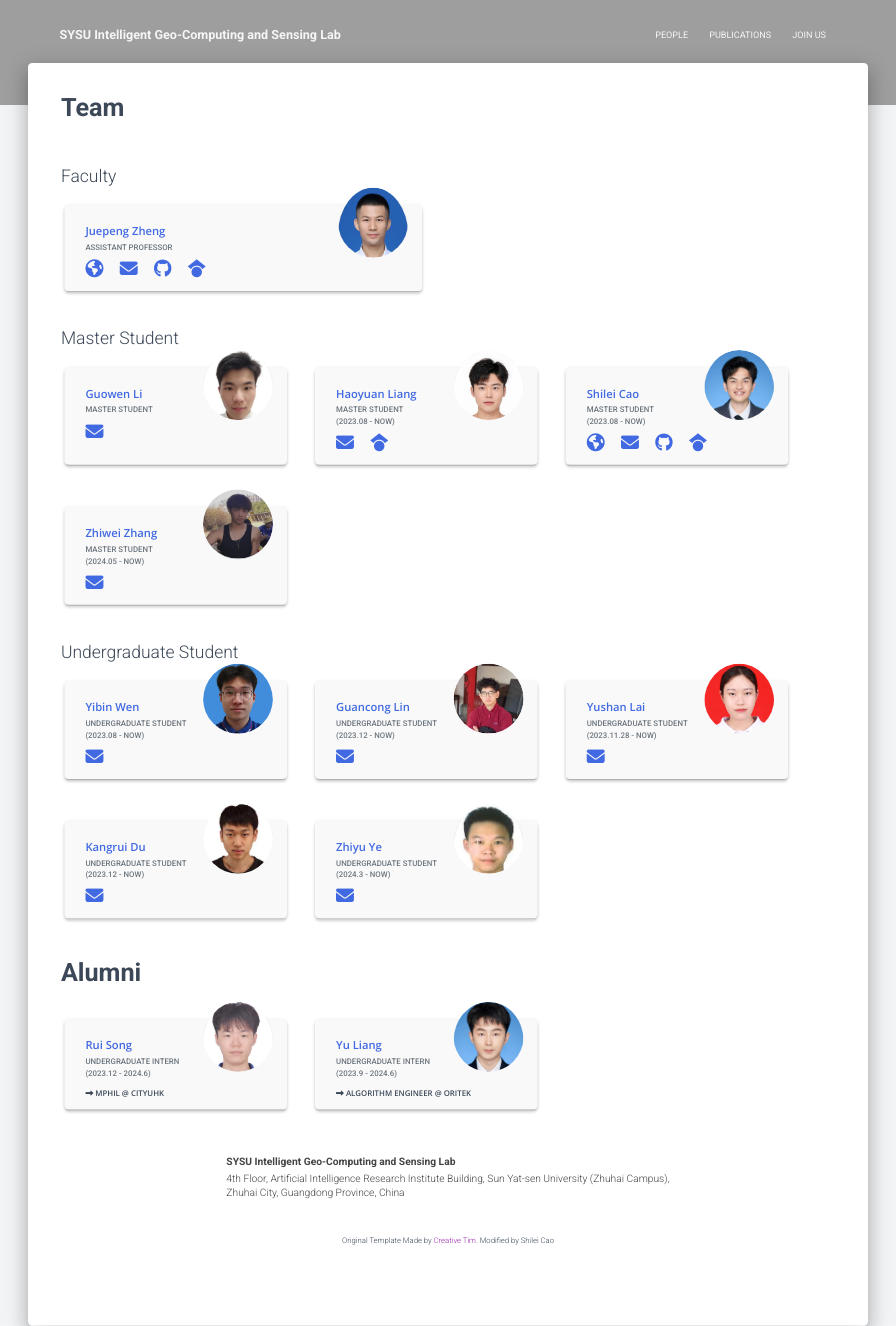
Repository: rssysu/rssysu.github.io
Page: people.html
The author's editor kept a copy of each file at every save. The page is drawn from the files as they stood at one save, then again after the next save.
The browser window is 1280 px wide. The pictures show the whole page, at 70% of full size.
Pictures or frames that could not be fetched are drawn as grey boxes. Some web libraries are served in a nearby version.

Above is the page before, as saved 2025-03-18 20:59:22.

After the next save:
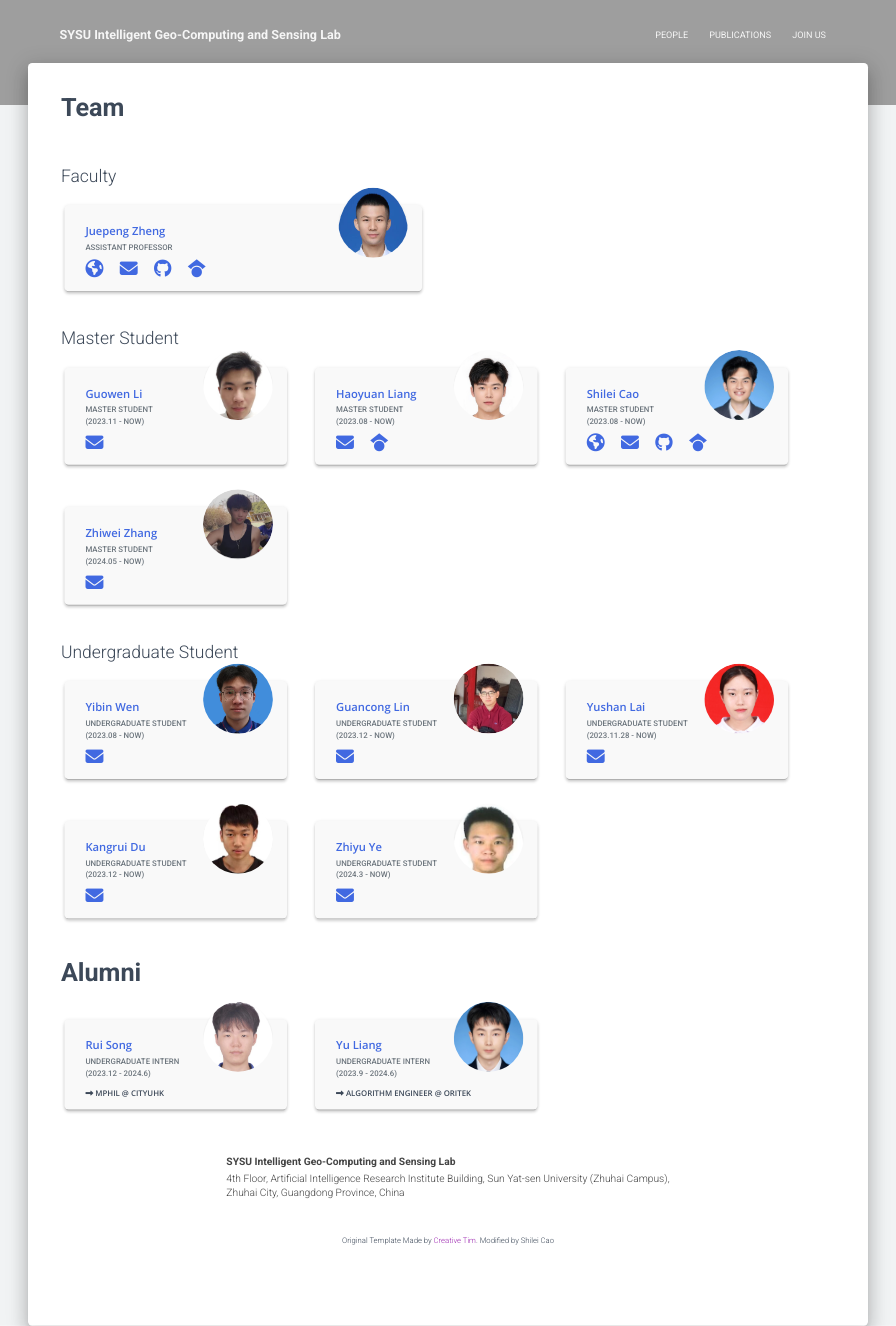
Saved 38 s later.
--- a/people.html
+++ b/people.html
@@ -82,8 +82,8 @@
                                     <img src="./assets/img/kit/faces/lgw.jpg" class="img-raised rounded-circle img-fluid"/>
                                 </div>
                             </div>
-                            <h4 class="card-title"> <a href="./assets/resume/lgw.html" target="_blank"> Guowen Li </a></h4>
-                            <h6 class="card-subtitle mb-2 text-muted">Master Student <br></h6>
+                            <h4 class="card-title"> <a href="./assets/resume/lgw.html" target="_blank"> Guowen Li  </a></h4>
+                            <h6 class="card-subtitle mb-2 text-muted">Master Student <br> (2023.11 - Now)</h6>
 
                             <a href="mailto:ligw8@mail2sysu.edu.cn" class="card-link"><i class="fa fa-envelope fa-2x" aria-hidden="true"></i></a>
 
